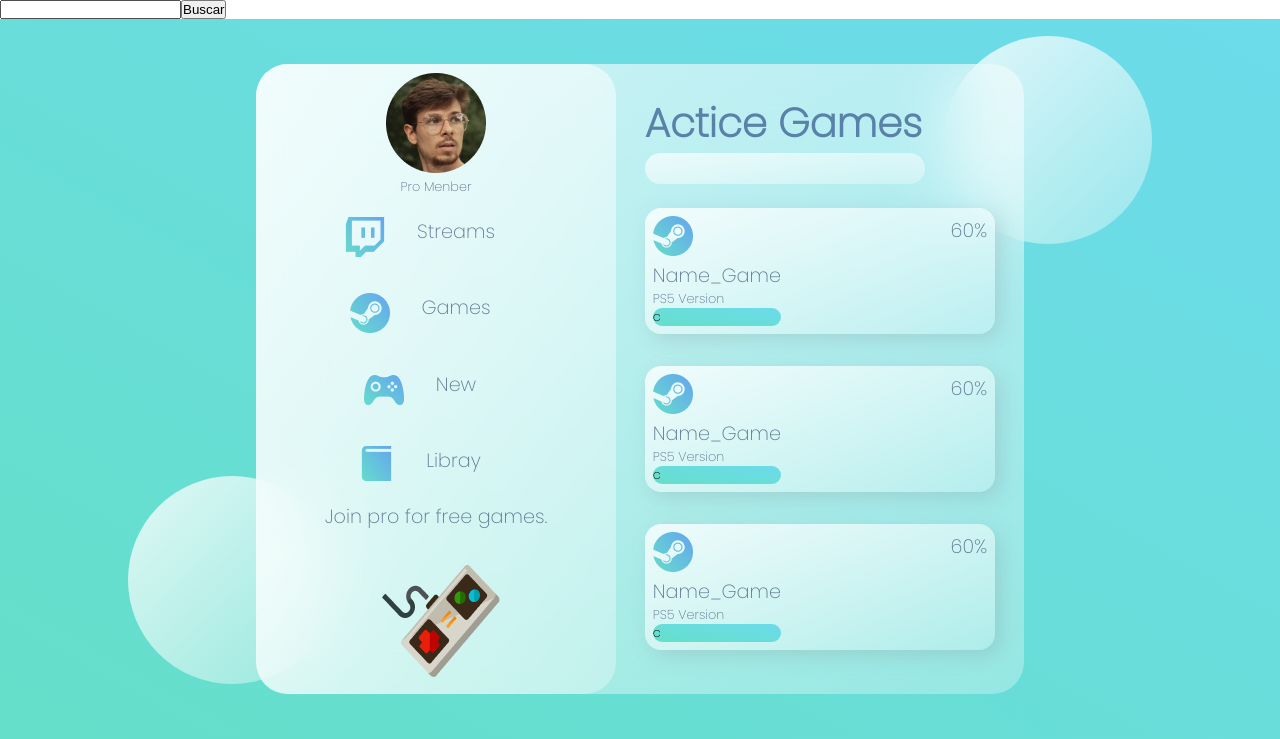
Repository: ServerK001/HomeGamer
Page: /
These files come from the project's save history. The page is drawn as it stood at one moment and after the next save; the edit follows.
The browser window is 1280 px wide. The pictures show the whole page.
The project was rebuilt for these pictures with package versions that can differ from the ones it lists, and the page was loaded fresh each time.

Above is the page before, as saved 2021-12-27 16:34:27.

### src/index.js
import React from 'react';
import ReactDOM from 'react-dom';
import './index.module.scss';
import App from './App';

ReactDOM.render(
  <React.StrictMode>
    <App />
  </React.StrictMode>,
  document.getElementById('root')
);

### src/index.module.scss
@import url('https://fonts.googleapis.com/css2?family=Poppins:ital,wght@0,200;1,100&display=swap');

* {
  margin: 0;
  padding: 0;
  box-sizing: border-box;
}

body{
  justify-content: center;
  align-items: center;
  font-family: 'Poppins', sans-serif;
  font-size: 0.8rem;

}

h1{
  color:#426696;
  font-weight: 600;
  opacity: 0.8;
  font-size: 2.5rem;
}

h2, p {
  color:#415879;
  font-weight: 500;
  opacity: 0.8;
}

h3 {
  color:#426696;
  font-weight: 600;
  opacity: 0.8;
}

### src/App.js


import { useState } from 'react';
import axios from 'axios';


import Home from './components/header/header';
import './css/App.scss'

function App() {

  const [player, setPlayer] = useState(1)
  const API_KEY = "RGAPI-9b8910f9-1f24-4620-960d-327637ee553b"

  const searchForPlayers = (event)=>{
      var URL  = "https://pokeapi.co/api/v2/pokemon/" + player

        axios.get(URL).then(res => setPlayer(res.data))
        console.log(player)



  }



  return (
    <>
      <div>
        <input type="text" onChange={e => setPlayer(e.target.value)}></input>

          <button  onClick={e => searchForPlayers(e)}>Buscar</button>
          <strong>{player.name}</strong>
      </div>
        <Home />



    </>
  );
}

export default App;

### src/components/header/header.jsx
import React from 'react'
import { Dashborad } from '../dashboard/dashborad'
import GamesProgress from './GamesProgress/GamesProgress'

import    './style.scss'
export default function Home() {
    return (

        <main>
            <section className="glass">

                <Dashborad />


                <GamesProgress />

            </section>
            <div className="circle1"></div>
            <div className="circle2"></div>
        </main>
    )
}

### src/components/dashboard/dashborad.jsx
import React from 'react'
import './style.scss'
import twitch from './images/twitch.png'
import avatar from './images/avatar.png'
import steam from './images/steam.png'
import upcoming from './images/upcoming.png'
import library from './images/library.png'
import Game from './proGames/proGames'

export const Dashborad = (props) => {
    return (
            <div className="dashborad">
                    <div className="user">
                        <img src={avatar} alt="" />
                            <h3>{props.name}</h3>
                                <p>Pro Menber</p>
                    </div>

                        <div className="links">
                                <div className="link">
                                <img src={twitch} />
                                        <h2>Streams</h2>
                                </div>
                        </div>

                        <div className="links">
                                <div className="link">
                                    <img src={steam} alt="" />
                                        <h2>Games</h2>
                                </div>
                        </div>

                        <div className="links">
                                <div className="link">
                                    <img src={upcoming} alt="" />
                                        <h2>New</h2>
                                </div>
                        </div>

                        <div className="links">
                                <div className="link">
                                    <img src={library} alt="" />
                                        <h2>Libray</h2>
                                </div>
                        </div>

                  <Game />


            </div>
    )
}

### src/components/header/GamesProgress/GamesProgress.jsx
import React from 'react'
import gameimg from '../../dashboard/images/steam.png'
import Cardsgames from './cardsGames/cardsgames'
import './style.scss'
export default function GamesProgress() {
    return (
            <div className="games">
                <div className="status">
                    <h1>Actice Games</h1>
                    <input type="text" />
                </div>

           <Cardsgames image={gameimg} />
           <Cardsgames image={gameimg} />
           <Cardsgames image={gameimg} />











            </div>
    )
}

### src/components/header/style.scss

main {
  min-height: 100vh;
  background: linear-gradient(to right top, #65dfc9, #6cdbeb);
  display: flex;
  align-items: center;
  justify-content: center;

}

.glass {
  background: white;
  min-height: 60vh;
  width: 60%;
  background: linear-gradient(
    to right bottom,
    rgba(255, 255, 255, 0.7),
    rgba(255, 255, 255, 0.3)
  );
  border-radius: 2rem;
  z-index: 2;
  backdrop-filter: blur(2rem);
  display: flex;


}



.circle1,
.circle2 {
  background: white;
  background: linear-gradient(
    to right bottom,
    rgba(255, 255, 255, 0.8),
    rgba(255, 255, 255, 0.3)
  );
  height: 13rem;
  width: 13rem;
  position: absolute;
  border-radius: 50%;
}

.circle1 {
  top: 5%;
  right: 10%;

}
.circle2 {
  bottom: 5%;
  left: 10%;
}

### src/components/dashboard/style.scss


.dashborad{
    flex: 1;
    display: flex;
    flex-direction: column;
    align-items: center;
    justify-content: space-evenly;
    text-align: center;
    padding: 0.3rem;


    background: linear-gradient(
        to right bottom,
        rgba(255, 255, 255, 0.7),
        rgba(255, 255, 255, 0.3)
      );

      border-radius: 2rem;
}

.link{
    display: flex;
   padding: 1rem 1rem;
}
.link h2 {
    padding: 0rem 2rem;
}

### src/components/dashboard/proGames/proGames.jsx
import React from 'react'
import controller from '../images/controller.png'

 const Games = () => {
    return (
        <>
        <div className='pro'>
            <h2>Join  pro  for  free games.</h2>
                <img src={controller}  />
        </div>

        </>
    )
}
export default Games

### src/components/header/GamesProgress/cardsGames/cardsgames.jsx
import React from 'react'
import './styles.scss'

export default function Cardsgames(props) {
    return (
     <div className="cards">
                <div className="card">
                    <img src={props.image}  />
                    <div className="card-info">
                        <h2>Name_Game</h2>
                        <p>PS5 Version</p>
                                <div className="progress">c</div>
                    </div>
                </div>
            <h2 className="porcentage">60%</h2>
     </div>
    )
}

### src/components/header/GamesProgress/style.scss
.games{
    display: flex;
    margin: 1.5rem;
    flex: 1;
    padding: 0.3rem;
    flex-direction: column;
    justify-content: space-evenly;
}

.status input{
 margin-bottom: 0.5rem;
 background: linear-gradient(
    to right bottom,
    rgba(255, 255, 255, 0.7),
    rgba(255, 255, 255, 0.3)
  );
 border: none;
 width: 80%;
 padding: 0.5rem;
 border-radius: 2rem;



}

### src/components/header/GamesProgress/cardsGames/styles.scss
.cards{
    background:linear-gradient(to left top, rgba(255, 255, 255, 0.2), rgba(255, 255, 255, 0.8));
    border-radius: 1rem;
    margin: 1rem 0rem ;
    padding:  0.5rem;
    box-shadow: 6px 6px 20px rgba(122, 122, 122, 0.212);
    display: flex;
    justify-content: space-between;

}

.progress {
    background: linear-gradient(to right top, #65dfc9, #6cdbeb);
    width: 100%;
    height: 100%;
    border-radius: 1rem;
    position: relative;
    overflow: hidden;
  }

Loaded but not shown: public/index.html (common file); src/css/App.scss (no stored copy; drawn as an empty file)

After the next save:
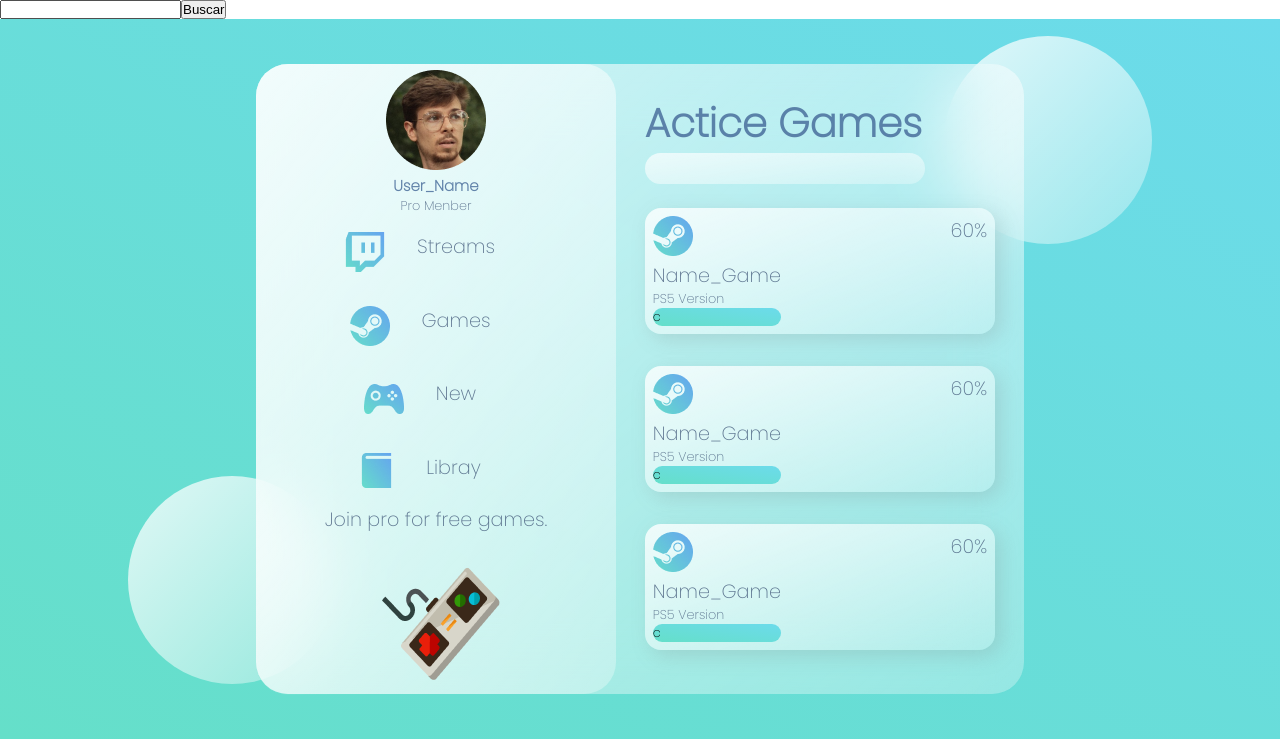
Saved 6 s later.
--- a/src/components/dashboard/dashborad.jsx
+++ b/src/components/dashboard/dashborad.jsx
@@ -12,7 +12,7 @@
             <div className="dashborad">
                     <div className="user">
                         <img src={avatar} alt="" />
-                            <h3>{props.name}</h3>
+                            <h3>User_Name</h3>
                                 <p>Pro Menber</p>
                     </div>
 
